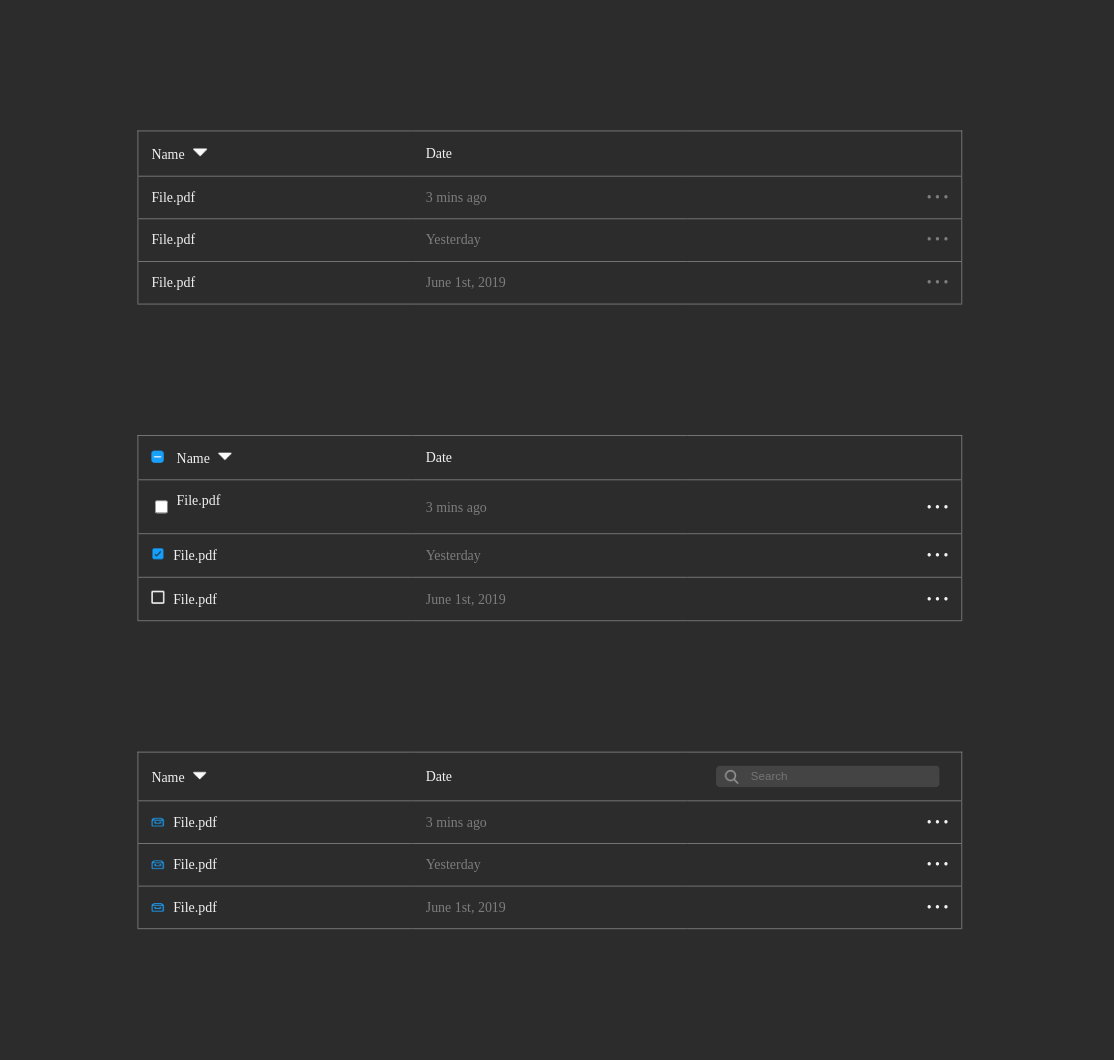
Repository: batonAnton/Hw5-table
Page: index.html
The author's editor kept a copy of each file at every save. The page is drawn from the files as they stood at one save, then again after the next save.
The browser window is 1280 px wide. The pictures show the whole page, at 87% of full size.

Above is the page before, as saved 2022-06-14 13:03:38.

### index.html
<!DOCTYPE html>
<html lang="en">
<head>
    <meta charset="UTF-8">
    <meta http-equiv="X-UA-Compatible" content="IE=edge">
    <meta name="viewport" content="width=device-width, initial-scale=1.0">
    <title>Lecture 5</title>
    <link rel="stylesheet" href="css/style.css">
</head>
<body>
    <table>
        <tr>
            <td>Name <button><img src="image/down-filled-triangular-arrow.png" alt="down-filled-triangular-arrow"></button> </td>
            <td colspan="2">Date</td>
        </tr>

        <tr>
            <td>File.pdf</td>
            <td class="gray-color">3 mins ago</td>
            <td class="right-dot gray-color">&#x2022 &#x2022 &#x2022</td>
        </tr>

        <tr>
            <td>File.pdf</td>
            <td class="gray-color">Yesterday</td>
            <td class="right-dot gray-color">&#x2022 &#x2022 &#x2022</td>
        </tr>

        <tr>
            <td>File.pdf</td>
            <td class="gray-color">June 1st, 2019</td>
            <td class="right-dot gray-color">&#x2022 &#x2022 &#x2022</td>
        </tr>
    </table>

    <table class="table2">
        <tr>
            <td> <img src="image/Untitled.png" alt="">  Name <button><img src="image/down-filled-triangular-arrow.png" alt="down-filled-triangular-arrow"></button> </td>
            <td colspan="2">Date</td>
        </tr>

        <tr>
            <td>
                <div></div>
                <input type="checkbox" class="checkbox-fields"> <label for="scales">File.pdf</label>  </td>
            <td class="gray-color">3 mins ago</td>
            <td class="right-dot white-dot">&#x2022 &#x2022 &#x2022</td>
        </tr>

        <tr>
            <td><img src="image/checkbox.png" alt="">File.pdf</td>
            <td class="gray-color">Yesterday</td>
            <td class="right-dot white-dot">&#x2022 &#x2022 &#x2022</td>
        </tr>

        <tr>
            <td><img src="image/checkbox (1).png" alt="">File.pdf</td>
            <td class="gray-color">June 1st, 2019</td>
            <td class="right-dot white-dot">&#x2022 &#x2022 &#x2022</td>
        </tr>
    </table>

    <table class="table3">
        <tr>
            <td>  Name <button><img src="image/down-filled-triangular-arrow.png" alt="down-filled-triangular-arrow"></button> </td>
            <td>Date</td>
            <td><input type="search" placeholder="Search"></td>
        </tr>

        <tr>
            <td> <img src="image/file-iconpng.png" alt="">File.pdf</td>
            <td class="gray-color">3 mins ago</td>
            <td class="right-dot white-dot">&#x2022 &#x2022 &#x2022</td>
        </tr>

        <tr>
            <td><img src="image/file-iconpng.png" alt="">File.pdf</td>
            <td class="gray-color">Yesterday</td>
            <td class="right-dot white-dot">&#x2022 &#x2022 &#x2022</td>
        </tr>

        <tr>
            <td><img src="image/file-iconpng.png" alt="">File.pdf</td>
            <td class="gray-color">June 1st, 2019</td>
            <td class="right-dot white-dot">&#x2022 &#x2022 &#x2022</td>
        </tr>
    </table>
</body>
</html>

### css/style.css
body {
  background-color: rgb(44, 44, 44);
  color: rgb(242, 242, 242);
}

table {
  border: 1px solid rgb(125, 125, 125);
  margin: 150px;
  width: 75%;
  border-collapse: collapse;
  border-spacing: 0;
}

td {
  border-bottom: 1px solid rgb(125, 125, 125);
  padding: 15px;
  width: 270px;
  height: 18px;
}

.right-dot {
  text-align: right;
}

button {
  background-color: rgb(44, 44, 44);
  border: none;
}

.gray-color {
  color: rgb(125, 125, 125);
}

.white-dot {
  color: rgb(242, 242, 242);
}

.table2 img {
  margin-right: 10px;
  width: 15px;
}
.table3 img {
  margin-right: 10px;
  width: 15px;
}

.table3 img {
  width: 15px;
}

input {
  background-color: #444444;
  opacity: 1;
  float: right;
  border: none;
  border-radius: 5px;
  background-image: url("../image/search.png");
  background-position: 10px 5px;
  background-repeat: no-repeat;
  padding: 12px 20px 12px 40px;
  margin-right: 10px;
  height: 25px;
  padding-left: -26px;
  width: 257px;
}

.checkbox-fields{
  width: 15px;
  float: left;
}

After the next save:
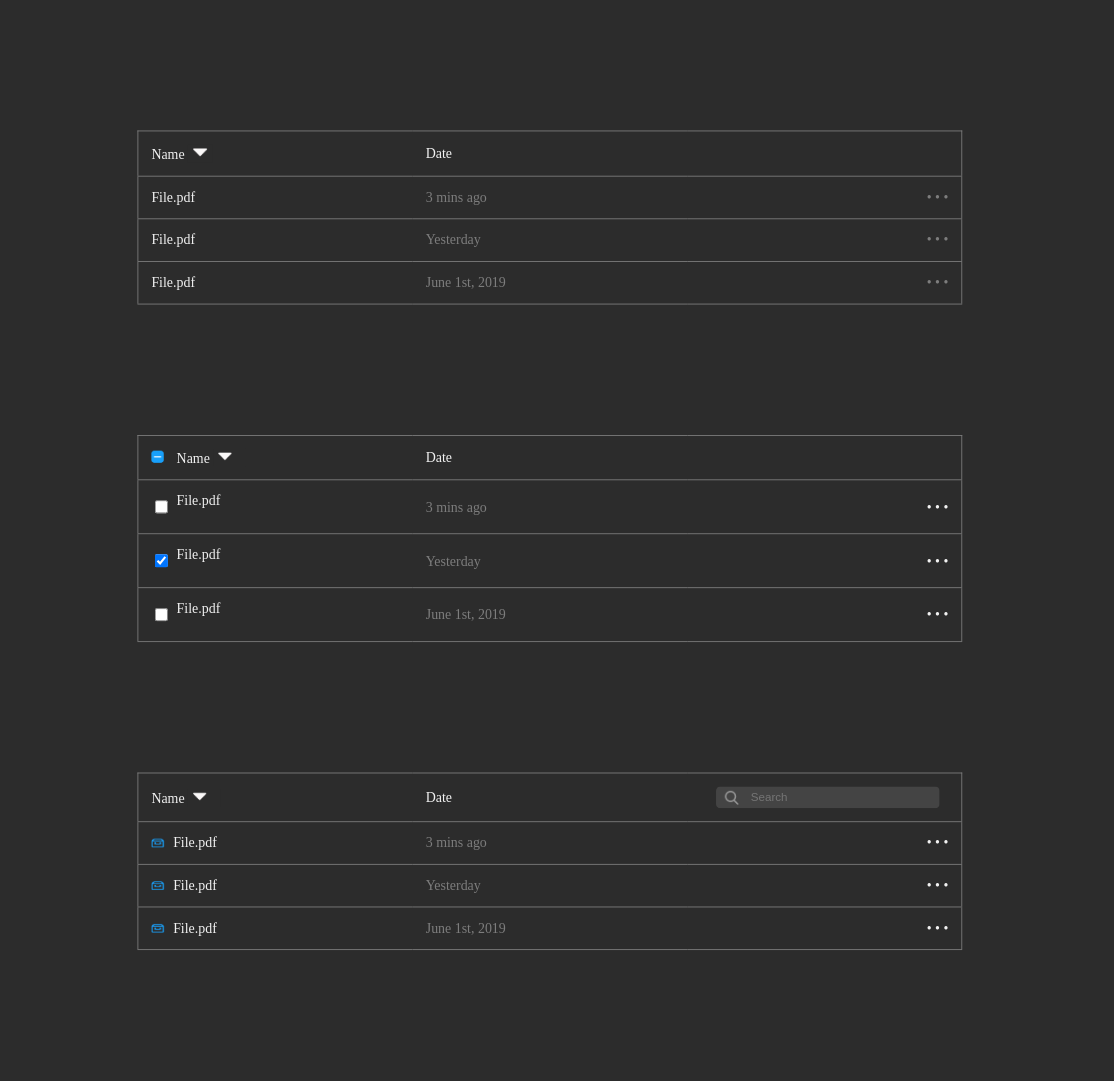
Saved 20 min 57 s later.
--- a/index.html
+++ b/index.html
@@ -41,20 +41,30 @@
 
         <tr>
             <td>
-                <div></div>
-                <input type="checkbox" class="checkbox-fields"> <label for="scales">File.pdf</label>  </td>
+                <div>
+                    <input type="checkbox" class="checkbox-fields"> <label for="File.pdf">File.pdf</label>
+                </div>
+            </td>
             <td class="gray-color">3 mins ago</td>
             <td class="right-dot white-dot">&#x2022 &#x2022 &#x2022</td>
         </tr>
 
         <tr>
-            <td><img src="image/checkbox.png" alt="">File.pdf</td>
+            <td>
+                <div>
+                    <input type="checkbox" id="File.pdf" checked class="checkbox-fields"> <label for="File.pdf">File.pdf</label>  <br>
+                </div>
+            </td>
             <td class="gray-color">Yesterday</td>
             <td class="right-dot white-dot">&#x2022 &#x2022 &#x2022</td>
         </tr>
 
         <tr>
-            <td><img src="image/checkbox (1).png" alt="">File.pdf</td>
+            <td>
+                <div>
+                    <input type="checkbox" class="checkbox-fields"> <label for="File.pdf">File.pdf</label>
+                </div>
+            </td>
             <td class="gray-color">June 1st, 2019</td>
             <td class="right-dot white-dot">&#x2022 &#x2022 &#x2022</td>
         </tr>
